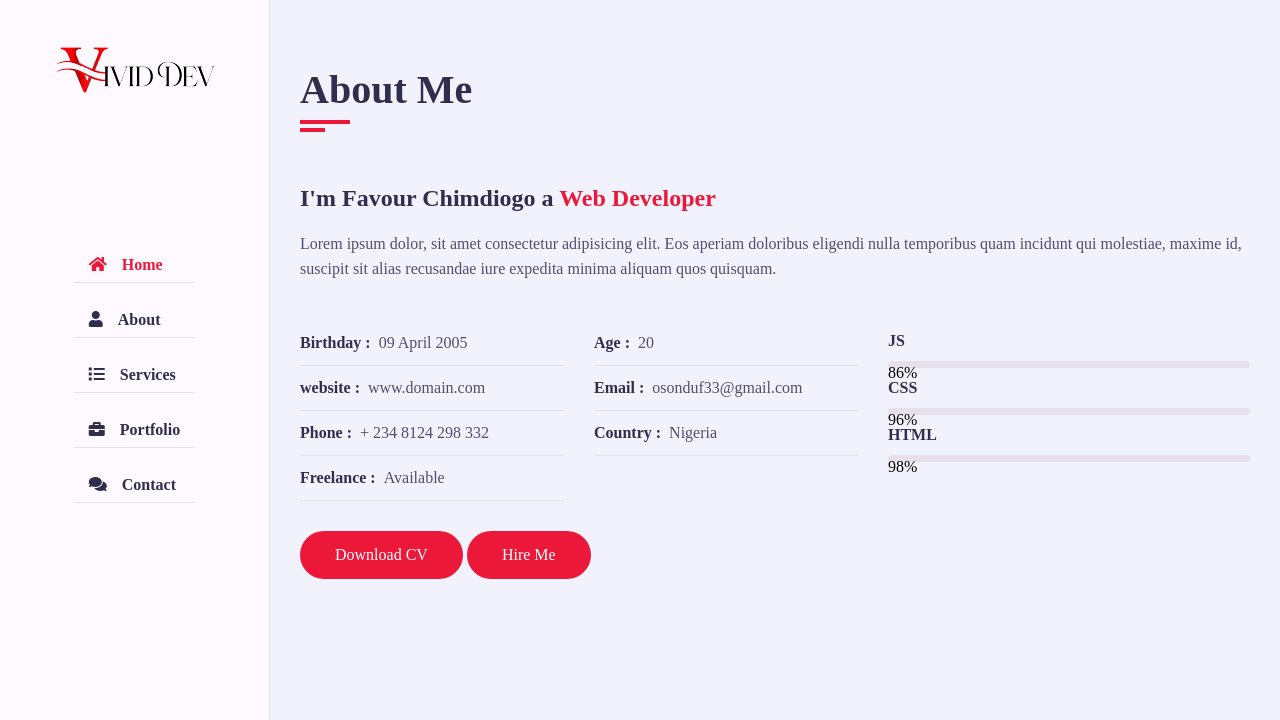
Repository: Big-Fave1/vivid-dev-portfolio
Page: build/index.html
The author's editor kept a copy of each file at every save. The page is drawn from the files as they stood at one save, then again after the next save.
The browser window is 1280 px wide. The pictures show the whole page.
Some web fonts or font styles are not loaded; a fallback is used.

Above is the page before, as saved 2025-05-30 14:28:05.

### build/index.html
<!DOCTYPE html>
<html lang="en">
<head>
    <meta charset="UTF-8">
    <meta name="viewport" content="width=device-width, initial-scale=1.0">
    <title>Vivid Dev Portfolio</title>
    <link rel="stylesheet" href="css/style.css">
    <link rel="stylesheet" href="css/color-1.css">
    <link rel="stylesheet" href="https://cdnjs.cloudflare.com/ajax/libs/font-awesome/5.15.4/css/all.min.css">
</head>
<body>
    <!--- ==== main container Start==== -->
    <div class="main-container"></div>
    <!--- ==== Aside Start === -->
    <div class="aside">
        <div class="logo">
        <a href="#"><img src="img/vivid 3.png" alt=""></a>
        </div>
        <div class="nav-toggler">
            <i class="fa fa-bars" aria-hidden="true"></i>
        </div>
        <ul class="nav">
            <li><a href="#" class="active"><i class="fa fa-home"></i>Home</a></li>
            <li><a href="#"><i class="fa fa-user"></i>About</a></li>
            <li><a href="#"><i class="fa fa-list"></i>Services</a></li>
            <li><a href="#"><i class="fa fa-briefcase"></i>Portfolio</a></li>
            <li><a href="#"><i class="fa fa-comments"></i>Contact</a></li>
        </ul>
    </div>
    <!--- ==== Aside End === -->
    <!--- ==== Main content Start === -->
    <div class="main-content">
        <!--- === Home Section Start === -->
        <section class="home section hidden">
            <div class="container">
                <div class="row">
                    <div class="home-info padd-15">
                        <h3 class="hello">Hello, my name is <span class="name">Favour Chimdiogo</span></h3>
                        <h3 class="my-profession">I'm a <Span class="typing">Web Developer</Span></h3>
                        <p>I'm a web designer with extensive experience for over a year.My expertise is to create a website design, and many more...</p>
                    <a href="#contact" class="btn hire-me">Hire Me</a>
                    </div>
                    <div class="home-img padd-15">
                        <img src="img/home image.jpg" alt="">
                    </div>
                </div>
            </div>
        </section>
    <!--- === Home Section End === -->
    <!--- === About  Section Start === -->
        <section class="about section">
            <div class="container">
                <div class="row">
                    <div class="section-title padd-15">
                        <h2>About Me</h2>
                    </div>
                </div>
                <div class="row">
                    <div class="about-content padd-15">
                        <div class="row">
                            <div class="about-text padd-15">
                                <h3>I'm Favour Chimdiogo a <span>Web Developer</span></h3>
                                <p>Lorem ipsum dolor, sit amet consectetur adipisicing elit. Eos aperiam doloribus eligendi nulla temporibus quam incidunt qui molestiae, maxime id, suscipit sit alias recusandae iure expedita minima aliquam quos quisquam.</p>
                            </div>
                        </div>
                        <div class="row">
                            <div class="personal-info padd-15">
                                <div class="row">
                                    <div class="info-item padd-15">
                                        <p>Birthday : <span>09 April 2005</span></p>
                                    </div>
                                    <div class="info-item padd-15">
                                        <p>Age : <span>20</span></p>
                                    </div>
                                    <div class="info-item padd-15">
                                        <p>website : <span>www.domain.com</span></p>
                                    </div>
                                    <div class="info-item padd-15">
                                        <p>Email : <span>osonduf33@gmail.com</span></p>
                                    </div>
                                    <div class="info-item padd-15">
                                        <p>Phone : <span>+ 234 8124 298 332</span></p>
                                    </div>
                                    <div class="info-item padd-15">
                                        <p>Country : <span>Nigeria</span></p>
                                    </div>
                                    <div class="info-item padd-15">
                                        <p>Freelance : <span>Available</span></p>
                                    </div>
                                </div>
                                <div class="row">
                                    <div class="buttons padd-15">
                                        <a href="#" class="btn">Download CV</a>
                                        <a href="#contact" class="btn hire-me padd-15">Hire Me</a>
                                    </div>
                                </div>
                            </div>
                            <div class="skills padd-15">
                                <div class="row">
                                    <div class="skill-item  padd-15">
                                        <h5>JS</h5>
                                        <div class="progress">
                                            <div class="progress-in" style="width: 86%;"></div>
                                            <div class="skill-percent">86%</div>
                                        </div>
                                    </div>
                                    <div class="skill-item  padd-15">
                                        <h5>CSS</h5>
                                        <div class="progress">
                                            <div class="progress-in" style="width: 96%;"></div>
                                            <div class="skill-percent">96%</div>
                                        </div>
                                    </div>
                                    <div class="skill-item  padd-15">
                                        <h5>HTML</h5>
                                        <div class="progress">
                                            <div class="progress-in" style="width: 98%;"></div>
                                            <div class="skill-percent">98%</div>
                                        </div>
                                    </div>
                                </div>
                            </div>
                        </div>
                    </div>
                </div>
            </div>
        </section>
    <!--- === About  Section End === -->
    </div>
    <!--- ==== Main content End === -->
    <!--- ====main container End === -->
</body>
</html>

### build/css/style.css

@import url('https://fonts.googleapis.com/css2?family=Clicker+Script&family=Poppins:ital,wght@0,100;0,200;0,300;0,400;0,500;0,600;0,700;0,800;0,900;1,100;1,200;1,300;1,400;1,500;1,600;1,700;1,800;1,900&display=swap');


:root
{
    --bg-black-900:#f2f2fc;
    --bg-black-100:#fdf9ff;
    --bg-black-50:#e8dfec;
    --text-black-900:#302e4d;
    --text-black-700:#504e70;

}

body
{
    line-height:1.5;
    font-size:16px;
    font-family: 'Poppins'sans-serif;
}

*
{
    margin: 0;
    padding: 0;
    outline:none;
    text-decoration:none;
    text-decoration:none;
    box-sizing: border-box;
}
::before, ::after
{
    box-sizing:border-box;
}
ul
{
    list-style: none;
}
.section
{
    background:var(--bg-black-900);
    min-height: 100vh;
    display: block;
    padding: 0 30px;
    opacity: 1;
}
.hidden
{
    display: none !important;
}
.main-content
{
    padding-left: 270px;
}
.padd-15
{
    padding-left: 15px;
    padding-right: 15px;
}
.container{
    max-width: 1100px;
    width: 100%;
    margin: auto;
}
.section .container
{
    padding-top: 60px;
    padding-bottom: 70px;

}
.section-title
{
    flex: 0 0 100%;
    max-width: 100%;
    margin-bottom: 60px;

}
.section-title h2
{
    font-size: 40px;
    color: var(--text-black-900);
    font-weight: 700;
    position: relative;
}
.section-title h2::before
{
   content: '';
   height: 4px;
   width: 50px;
   background-color: var(--skin-color);
   position: absolute;
   top: 100%;
   left: 0;
}
.section-title h2::after
{
   content: '';
   height: 4px;
   width: 25px;
   background-color: var(--skin-color);
   position: absolute;
   top: 100%;
   left: 0;
   margin-top:8px;
}
.row
{
    display: flex;
    flex-wrap: wrap;
    margin-left: -15px;
    margin-right: -15px;
    position: relative;
}
.btn
{
    font-size: 16px;
    font-weight: 500;
    padding: 12px 35px;
    background: var(--skin-color);
    color: white;
    border: none;
    display: inline-block;
    white-space: nowrap;
    transition: all 0.3s ease;
    border-radius:40px;
}
.btn:hover
{
    transform: scale(1.05);
}
/* aside */
.aside
{
width: 270px;
background:var(--bg-black-100);
position: fixed;
left: 0;
top: 0;
padding: 30px;
height: 100%;
border-right:1px solid var(--bg-black-50);
z-index: 10;
display: flex;
justify-content: center;
align-items: center;
}
.aside .logo
{
    position: absolute;
    top: -30px;
    ;
}
.aside .logo a
{
    color: var(--bg-black-900);
    font-weight: 700;
    padding: 15px 20px;
    font-size: 30px;
    position: relative;
}
/*.aside .logo a span
.aside .logo a:before
{
    content:'';
    position: absolute;
    width: 20px;
    height: 20px;
    border-bottom: 5px solid var(--skin-color);
    border-left: 5px solid var(--skin-color);
    bottom: 0;
    left: 0;

}
.aside .logo a:after
{
    content:'';
    position: absolute;
    width: 20px;
    height: 20px;
    border-top: 5px solid var(--skin-color);
    border-right: 5px solid var(--skin-color);
    top: 0;
    right: 0;

}
    */
.aside .nav-toggler
{
    height: 40px;
    width: 45px;
    border: 1px solid var(--bg-black-50);
    cursor: pointer;
    position: fixed;
    left: 300px;
    top: 20px;
    color: var(--skin-color);
    border-radius: 5px;
    background:var(--bg-black-100);
    display: none;
    align-items:center;
    justify-content: center;
}
.aside .nav
{
    margin-top: 50px;
}
.aside .nav li
{
    margin-bottom: 20px;
    display: block;
}
.aside .nav li a
{
    font-size: 16px;
    font-weight: 600;
    display: block;
    border-bottom:1px solid var(--bg-black-50);
    color:var(--text-black-900);
    padding: 5px 15px;
}
.aside .nav li a.active
{
    color:var(--skin-color);
}
.aside .nav li a i
{
    margin-right: 15px;

}
/* home*/
.home
{
    min-height: 100vh;
    display: flex;
    color: var(--text-black-900);

}
.home-info
{
    flex: 0 60%;
    max-width: 60%;
}
h3.hello
{
    font-size: 28px;
    margin: 15PX 0;
}
h3.hello span
{
    font-family: 'clicker script', cursive;
    font-size: 30px;
    font-weight: 700;
    color:var(--skin-color);
}
h3.my-profession
{
    font-size:30px;
    margin: 15px 0;
}
.typing
{
    color: var(--skin-color);
}
.home-info p
{
    margin-bottom: 70px;
    font-size: 20px;
    color: var(--text-black-700);
}
.home .home-img
{
    flex: 0 0 40%;
    max-width: 40%;
    text-align: center;
    position: relative;
}
.home-img::after
{
    content: '';
    position: absolute;
    height: 80px;
    width: 80px;
    right: 20px;
    bottom: -40px;
    border-bottom: 10px solid var(--skin-color);
    border-right: 10px solid var(--skin-color);
}
.home-img::before
{
    content: '';
    position: absolute;
    height: 80px;
    width: 80px;
    left: -20px;
    top: -40px;
    border-top: 10px solid var(--skin-color);
    border-left: 10px solid var(--skin-color);
}
.home .home-img img
{
    margin: auto;
    border-radius:5px;
    height: 400px;
}
/* About */
.about .about-content
{
    flex: 0 0 100%;
    max-width: 100%;
}
.about .about-content .about-text
{
    flex: 0 0 100%;
    max-width: 100%;
}
.about .about-content .about-text h3
{
    font-size: 24px;
    margin-bottom: 15px;
    font-weight: 700;
    color:var(--text-black-900);
}
.about .about-content .about-text h3 span
{
    color:var(--skin-color);
}
.about .about-content .about-text p
{
    font-size:16px;
    line-height: 25px;
    color: var(--text-black-700);
}
.about .about-content .personal-info
{
    flex: 0 0 60%;
    max-width: 60%;
    margin-top: 40px;
}
.about .about-content .personal-info .info-item p
{
    font-weight: 600;
    padding: 10px 0;
    font-size: 16px;
    color: var(--text-black-900);
    border-bottom: 1px solid var(--bg-black-50);
}
.about .about-content .personal-info .info-item p span
{
    font-weight: 400;
    color: var(--text-black-700);
    margin-left: 4px;
    display: inline-block;
}
.about .about-content .personal-info .info-item
{
    flex: 0 0 50%;
    max-width: 50%;
}
.about .about-content .personal-info .buttons
{
    margin-top: 30px;

}
.about .about-content .personal-info .buttons.btn
{
    margin-right: 30px;
    margin-top: 10px;

}
.about .about-content .skills
{
    flex: 0 0 40%;
    max-width: 40%;
    margin-top: 40px;
}
.about .about-content .skills .skill-item
{
    flex: 0 0 100%;
    max-width: 100%;
}
.about .about-content .skills .skill-item h5
{

    line-height: 40px;
    font-weight: 600;
    font-size: 16px;
    color: var(--text-black-900);
    text-transform: capitalize;
}
.about .about-content .skills .skill-item .progress
{
    background-color: var(--bg-black-50);
    height: 7px;
    border-radius:  4px;
    width: 100%;
}

### build/css/color-1.css

:root
{
    --skin-color:#ec1839;
}

After the next save:
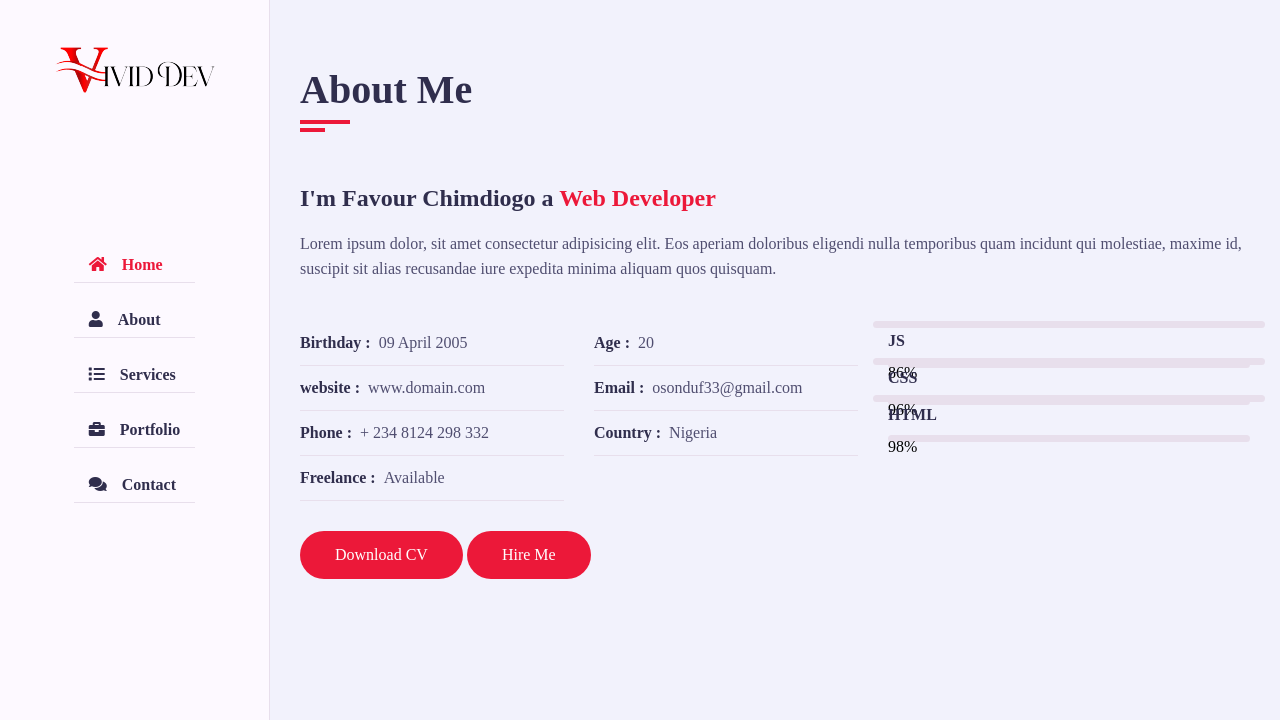
Saved 58 s later.
--- a/build/css/style.css
+++ b/build/css/style.css
@@ -377,6 +377,7 @@ h3.my-profession
 {
     flex: 0 0 100%;
     max-width: 100%;
+    margin-bottom: 30px;
 }
 .about .about-content .skills .skill-item h5
 {
@@ -394,3 +395,10 @@ h3.my-profession
     border-radius:  4px;
     width: 100%;
 }
+.about .about-content .skills .skill-item
+{
+    background-color: var(--bg-black-50);
+    height: 7px;
+    border-radius:  4px;
+    width: 100%;
+}
